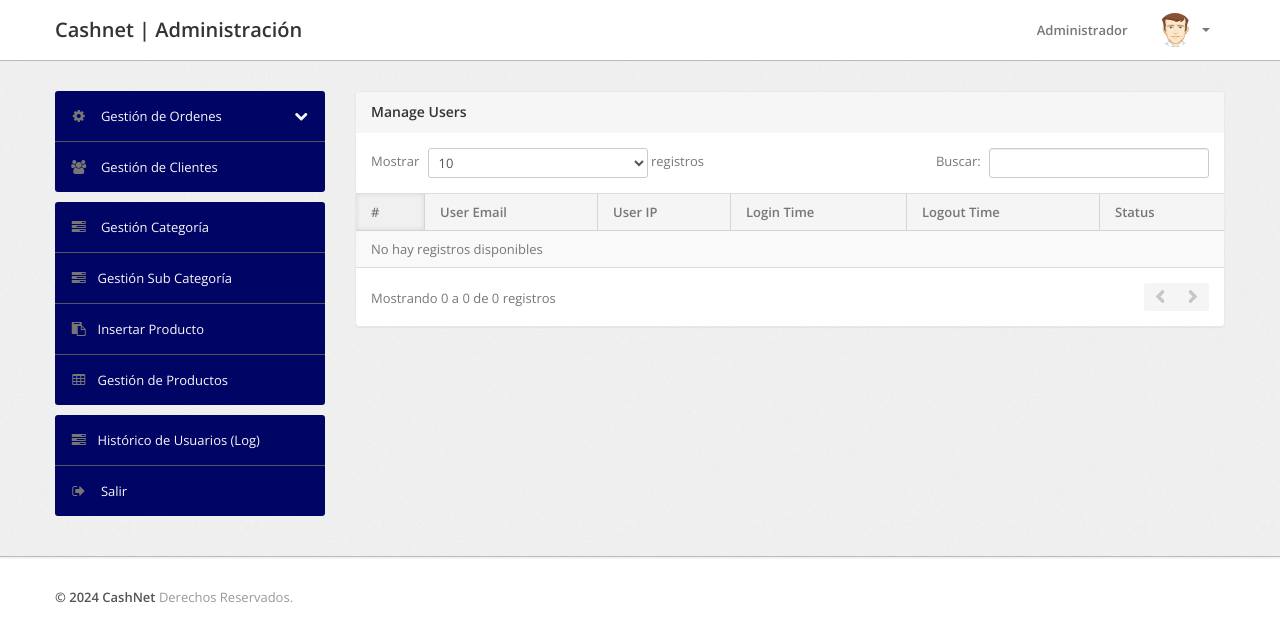
Repository: GVnet-VE/Fibernet
Page: http://localhost/fibernet/admin/user-logs.php
An editor plug-in stored every save of this project. The page is shown before and after the next save, followed by the edit.
The browser window is 1280 px wide. The pictures show the whole page.
The page is run by PHP 8.4 with error messages shown; the project is at /var/www/html/. The session is filled in as if someone had signed in: {"alogin": "testuser", "id": 1}. Queries for data that is not in the repository find no rows.

Above is the page before, as saved 2024-12-12 13:33:48.

After the next save:
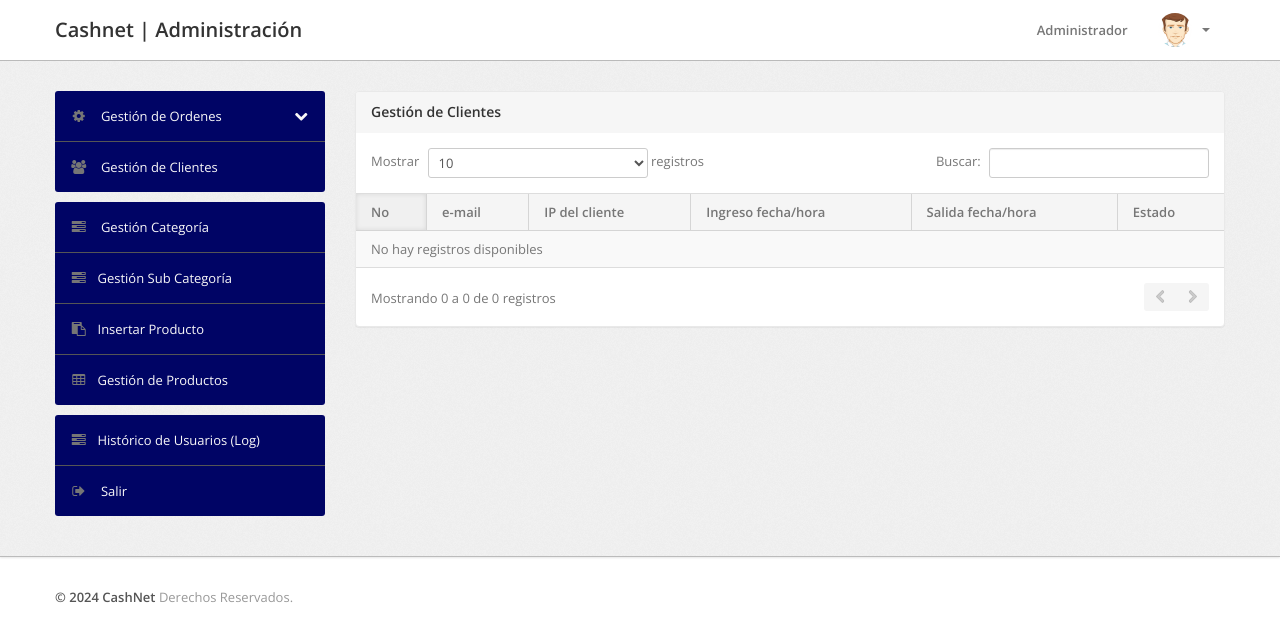
Saved 2 min 38 s later.
--- a/admin/user-logs.php
+++ b/admin/user-logs.php
@@ -14,7 +14,7 @@ else{
 <head>
 	<meta http-equiv="Content-Type" content="text/html; charset=utf-8" />
 	<meta name="viewport" content="width=device-width, initial-scale=1.0">
-	<title>Admin|  Users log</title>
+	<title>CashNet |  Administración</title>
 	<link type="text/css" href="bootstrap/css/bootstrap.min.css" rel="stylesheet">
 	<link type="text/css" href="bootstrap/css/bootstrap-responsive.min.css" rel="stylesheet">
 	<link type="text/css" href="css/theme.css" rel="stylesheet">
@@ -33,7 +33,7 @@ else{
 
 	<div class="module">
 							<div class="module-head">
-								<h3>Manage Users</h3>
+								<h3>Gestión de Clientes</h3>
 							</div>
 							<div class="module-body table">
 
@@ -41,12 +41,12 @@ else{
 								<table cellpadding="0" cellspacing="0" border="0" class="datatable-1 table table-bordered table-striped	 display" width="100%">
 									<thead>
 										<tr>
-											<th>#</th>
-											<th> User Email</th>
-											<th>User IP </th>
-											<th>Login Time</th>
-											<th>Logout Time </th>
-											<th>Status </th>
+											<th>No</th>
+											<th> e-mail</th>
+											<th> IP del cliente </th>
+											<th>Ingreso fecha/hora</th>
+											<th>Salida fecha/hora </th>
+											<th>Estado </th>
 
 										</tr>
 									</thead>
